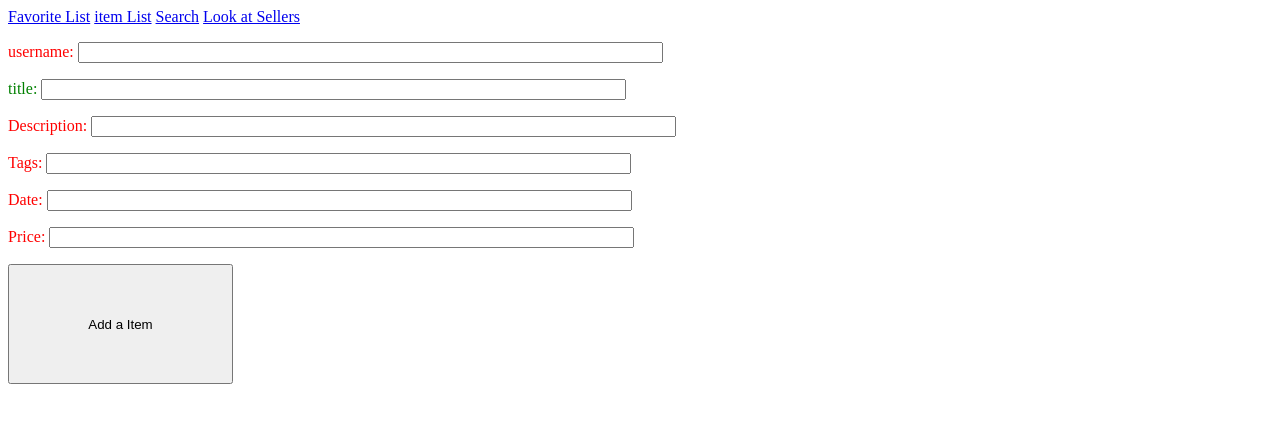
Repository: HamdanM/DatabaseProject
Page: http://localhost/DB3/addItem.jsp
These files come from the project's save history. The page is drawn as it stood at one moment and after the next save; the edit follows.
The browser window is 1280 px wide. The pictures show the whole page.
The page is served by Tomcat 9. Other server files are loaded and not shown.

Above is the page before, as saved 2019-07-25 02:00:07.

### DB3/WebContent/addItem.jsp
<%@ page language="java" contentType="text/html; charset=ISO-8859-1"
    pageEncoding="ISO-8859-1"%>
  <%@ taglib prefix="c" uri="http://java.sun.com/jsp/jstl/core" %>
<!DOCTYPE html PUBLIC "-//W3C//DTD HTML 4.01 Transitional//EN" "http://www.w3.org/TR/html4/loose.dtd">
<html>
<head>
<meta charset="UTF-8">
<title>Insert title here</title>
</head>
<body>

<a href="favlist">Favorite List</a>
<a href="list">item List</a>
<a href="search.jsp">Search</a>
<a href="sellers">Look at Sellers</a>

<form action="insertItem"
          method="post">

            <p style="color:red"><label>username: <input
                    type="text" name="username"
                    size="70" readonly maxlength="70" />
            </label></p>
        <p style="color:green"><label>title: <input
                    type="text" name="Title"
                    size="70" maxlength="70" />
            </label></p>
        <p style="color:red"><label>Description: <input
                    type="text" name="Description"
                    size="70" maxlength="250" />
            </label></p>

        <p style="color:red"><label>Tags: <input
                    type="text" name="posterid"
                    size="70" maxlength="70" />
            </label></p>
            <p style="color:red"><label>Date: <input
                    type="text" name="posttime"
                    size="70" maxlength="70" />
            </label></p>
            <p style="color:red"><label>Price: <input
                    type="text" name="price"
                    size="70" maxlength="70" />
            </label></p>
        <p style="color:orange"><input style="height:120px;width:225px" type=
        "submit" name="submit" value=
        "Add a Item" /></p>
</form>

</body>
</html>

After the next save:
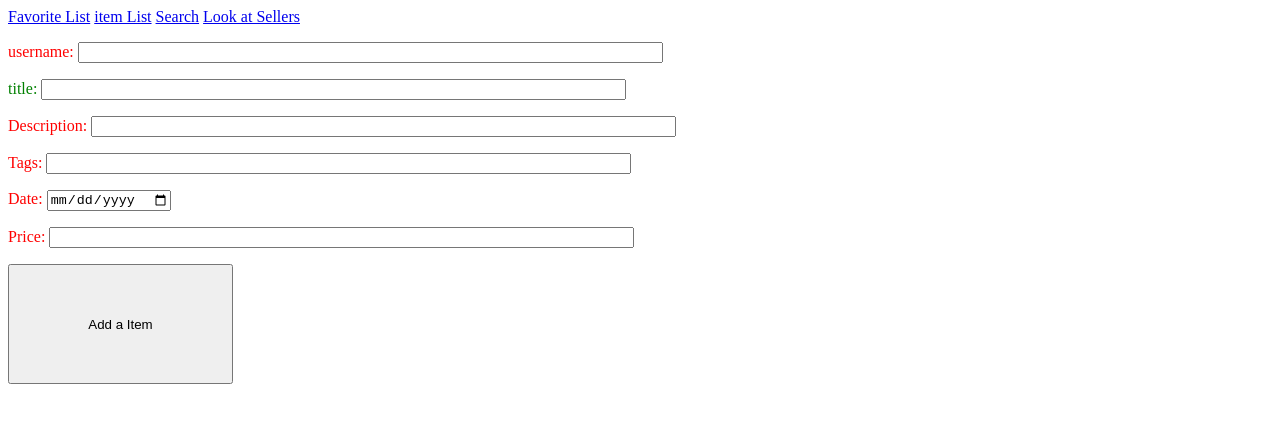
Saved 52 s later.
--- a/DB3/WebContent/addItem.jsp
+++ b/DB3/WebContent/addItem.jsp
@@ -35,7 +35,7 @@
                     size="70" maxlength="70" />
             </label></p>
             <p style="color:red"><label>Date: <input
-                    type="text" name="posttime"
+                    type="date" name="posttime"
                     size="70" maxlength="70" />
             </label></p>
             <p style="color:red"><label>Price: <input

After the save that followed:
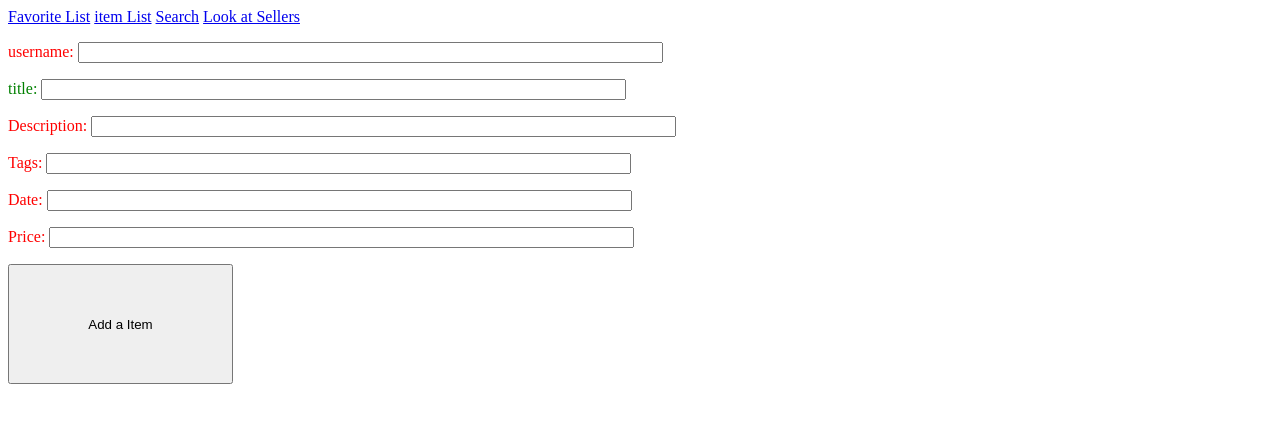
Saved 54 s later.
--- a/DB3/WebContent/addItem.jsp
+++ b/DB3/WebContent/addItem.jsp
@@ -35,7 +35,7 @@
                     size="70" maxlength="70" />
             </label></p>
             <p style="color:red"><label>Date: <input
-                    type="date" name="posttime"
+                    type="text" name="posttime"
                     size="70" maxlength="70" />
             </label></p>
             <p style="color:red"><label>Price: <input
